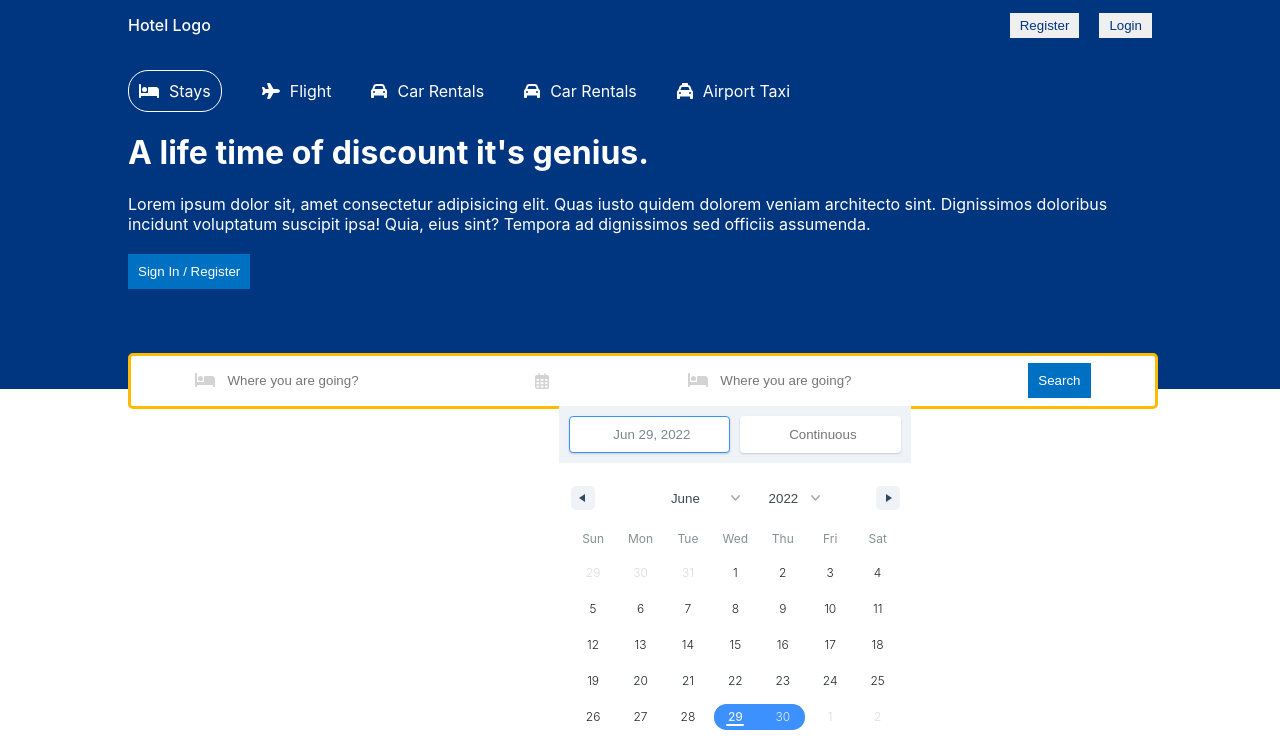
Repository: shikubro90/Booking-App
Page: /
These files come from the project's save history. The page is drawn as it stood at one moment and after a run of saves; the edit follows.
The browser window is 1280 px wide. The pictures show the whole page.
The project was rebuilt for these pictures with package versions that can differ from the ones it lists, and the page was loaded fresh each time. Also part of the build but not shown: src/App.css, src/pages/Hotels/Hotels.jsx. Imported but missing from the stored project, and not drawn on this page: src/pages/List/List.

Above is the page before, as saved 2022-06-29 01:10:14.

### src/App.js
import './App.css';
import {
  BrowserRouter,
  Routes,
  Route,
} from "react-router-dom";

import Home from './pages/Home/Home';
import List from './pages/List/List';
import Hotels from './pages/Hotels/Hotels';

function App() {
  return (
    <BrowserRouter>
      <Routes>
        <Route path='/' element={<Home/>}/>
        <Route path='hotels' element={<List/>}/>
        <Route path='hotels/:id' element={<Hotels/>}/>
      </Routes>
    </BrowserRouter>
  );
}

export default App;

### src/pages/Home/Home.jsx
import React from 'react';
import Header from '../../components/Header/Header';
import Navbar from '../../components/Navbar/Navbar';

const Home = () => {
    return (
        <div>
            <Navbar/>
            <Header/>
        </div>
    );
};

export default Home;

### src/components/Header/Header.jsx
import { faCalendarDays } from '@fortawesome/free-regular-svg-icons';
import { faBed, faCar, faPlane, faTaxi } from '@fortawesome/free-solid-svg-icons';
import { FontAwesomeIcon } from '@fortawesome/react-fontawesome';
import { useState } from 'react';
import { DateRange } from 'react-date-range';
import 'react-date-range/dist/styles.css'; // main style file
import 'react-date-range/dist/theme/default.css'; // theme css file
import './Header.css';

const Header = () => {

    const [date, setDate] = useState([
        {
            startDate : new Date(),
            endDate : null,
            key : "selection"
        }
    ])

    return (
        <div className="header">
            <div className="headerContainer">
                <div className="headerList">
                    <div className="headerListItem active">
                        <FontAwesomeIcon icon={faBed} />
                        <span>Stays</span>
                    </div>
                    <div className="headerListItem">
                        <FontAwesomeIcon icon={faPlane} />
                        <span>Flight</span>
                    </div>
                    <div className="headerListItem">
                        <FontAwesomeIcon icon={faCar} />
                        <span>Car Rentals</span>
                    </div>
                    <div className="headerListItem">
                        <FontAwesomeIcon icon={faCar} />
                        <span>Car Rentals</span>
                    </div>
                    <div className="headerListItem">
                        <FontAwesomeIcon icon={faTaxi} />
                        <span>Airport Taxi</span>
                    </div>
                </div>
                {/* End headerListing */}

                <h1 className="headerTitle">
                    A life time of discount it's genius.
                </h1>
                <div className="headerDescription">
                    Lorem ipsum dolor sit, amet consectetur adipisicing elit. Quas iusto quidem dolorem veniam architecto sint. Dignissimos doloribus incidunt voluptatum suscipit ipsa! Quia, eius sint? Tempora ad dignissimos sed officiis assumenda.
                </div>
                <button className='headerButton'>Sign In / Register</button>

                <div className="headerSearch">
                    <div className="headerSearchItem">
                        <FontAwesomeIcon icon={faBed} className="headerIcon" />
                        <input type="text" placeholder='Where you are going?' className='headerSearchInput' />
                    </div>
                    {/* headerSearchItem */}

                    <div className="headerSearchItem">
                        <FontAwesomeIcon icon={faCalendarDays} className="headerIcon" />
                        <span className='headerSearchText'>
                            <DateRange
                            editableDateInputs={true}
                            onChange={item => setDate([item.selection])}
                            moveRangeOnFirstSelection={false}
                            ranges={date}
                            className='date'
                            />
                        </span>
                    </div>
                    <div className="headerSearchItem">
                        <FontAwesomeIcon icon={faBed} className="headerIcon" />
                        <input type="text" placeholder='Where you are going?' className='headerSearchInput' />
                    </div>
                    {/* headerSearchItem */}

                    {/* headerSearchItem */}

                    <div className="headerSearchItem">
                        <button className="headerButton">Search</button>
                    </div>
                    {/* headerSearchItem */}
                </div>
                {/* HeaderSearch */}

            </div>
            {/* End headerContainer */}
        </div>
        // End header
    );
};

export default Header;

### src/components/Navbar/Navbar.jsx
import  './Navbar.css';

const Navbar = () => {
    return (
        <div className='navbar'>
            <div className="navContainer">
                <span className="logo">
                    Hotel Logo
                </span>
                {/* End Logo */}

                <div className="navItems">
                    <button className='navButton'>Register</button>
                    <button className='navButton'>Login</button>
                </div>
            </div>
            {/* End navContainer */}
        </div>
        // End Navbar
    );
};

export default Navbar;

### src/components/Header/Header.css
.header{
    background: #003580;
    color: white;
    display: flex;
    justify-content: center;
    position: relative;
}

.headerContainer{
    width: 100%;
    max-width: 1024px;
    margin: 20px 0 100px 0;
}

.headerList{
    display: flex;
    gap: 40px;
    margin-bottom: 20px;
}

.headerListItem{
    display: flex;
    align-items: center;
    gap: 10px;
}

.headerListItem.active{
    border: 1px solid white;
    padding: 10px;
    border-radius: 20px;
}

.headerDescription{
    margin: 20px 0px;
}

.headerButton{
    background: #0071c2;
    color: white;
    border: none;
    padding: 10px;
}

.headerSearch{
    background: white;
    height: 30px;
    border: 3px solid #febb02;
    display: flex;
    align-items: center;
    justify-content: space-around;
    padding: 10px 0;
    border-radius: 5px;
    position: absolute;
    bottom: -20px;
    width: 100%;
    max-width: 1024px;
}

.headerSearchItem{
    display: flex;
    gap: 10px
    ;
}

.headerSearchText{
    color: lightgray;
    cursor: pointer;
}
.headerSearchInput{
    border: none;
    outline: none;
}

.headerIcon{
    color: lightgray;
}


.date{
    position: absolute;
    top: 50px;
}

### src/components/Navbar/Navbar.css
.navbar{
    height: 50px;
    background-color: #003580;
    display: flex;
    justify-content: center;
}

.navContainer{
    width: 100%;
    max-width: 1024px;
    color: white;
    display: flex;
    align-items: center;
    justify-content: space-between;
}

.logo{
    font-weight: 500;
}

.navButton{
    margin-left: 20px;
    border: none;
    padding: 5px 10px;
    color: #003580;
    cursor: pointer;
}

Loaded but not shown: public/index.html (common file); src/index.js (common file); src/index.css (common file); src/reportWebVitals.js (common file)

After the next 3 saves:
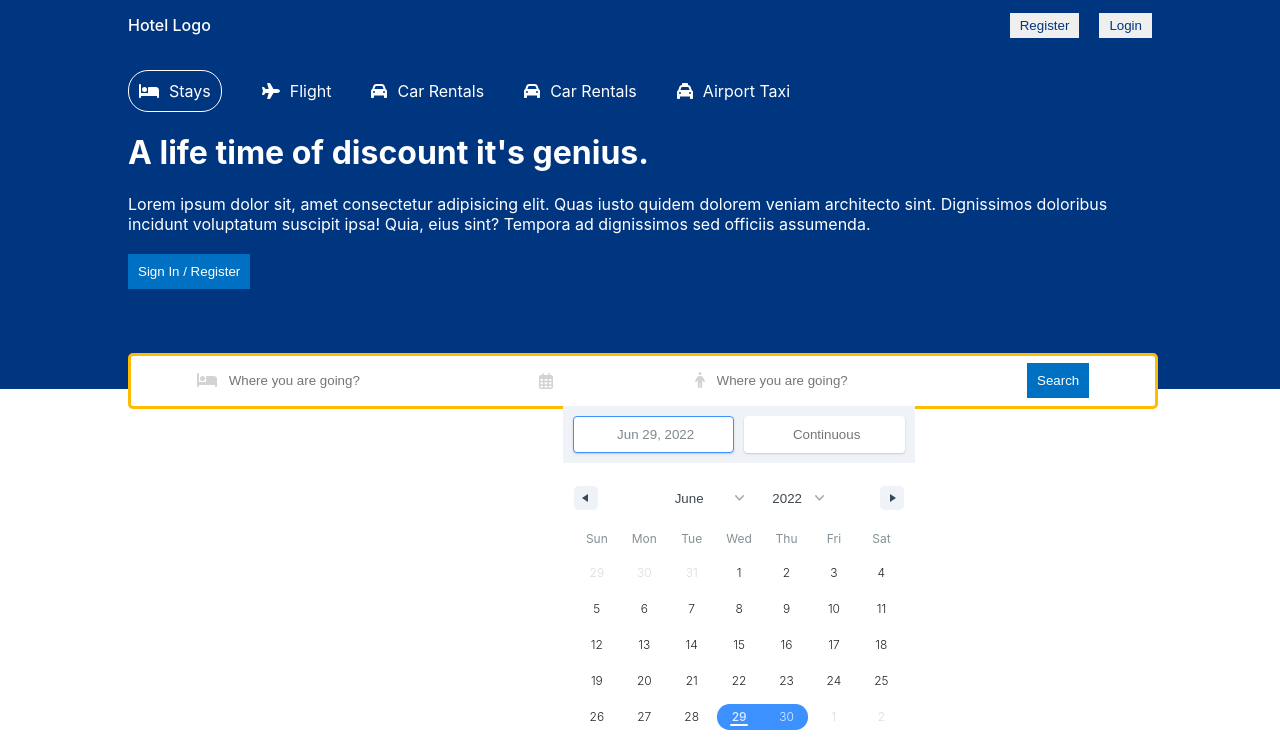
The 3 saves are shown as one change because 1 did not build or start and some came seconds apart.
The last was saved 49 s later.
--- a/src/components/Header/Header.jsx
+++ b/src/components/Header/Header.jsx
@@ -1,5 +1,5 @@
 import { faCalendarDays } from '@fortawesome/free-regular-svg-icons';
-import { faBed, faCar, faPlane, faTaxi } from '@fortawesome/free-solid-svg-icons';
+import { faBed, faCar, faPerson, faPlane, faTaxi } from '@fortawesome/free-solid-svg-icons';
 import { FontAwesomeIcon } from '@fortawesome/react-fontawesome';
 import { useState } from 'react';
 import { DateRange } from 'react-date-range';
@@ -72,7 +72,7 @@ const Header = () => {
                         </span>
                     </div>
                     <div className="headerSearchItem">
-                        <FontAwesomeIcon icon={faBed} className="headerIcon" />
+                        <FontAwesomeIcon icon={faPerson} className="headerIcon" />
                         <input type="text" placeholder='Where you are going?' className='headerSearchInput' />
                     </div>
                     {/* headerSearchItem */}
